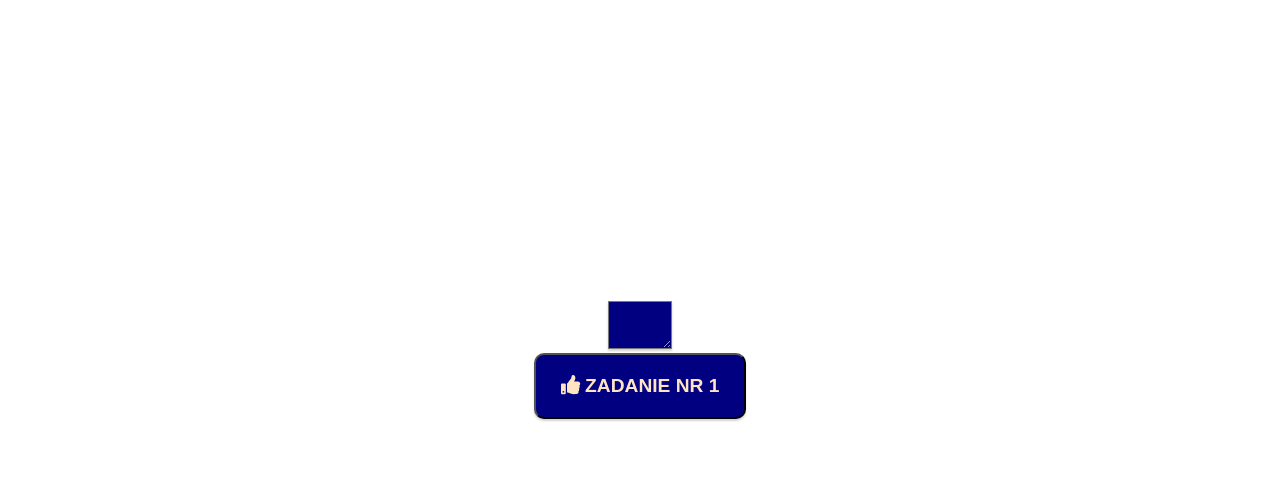
Repository: KrzysKolo/sr_tydzien3_zad_1_2_3
Page: /
The author's editor kept a copy of each file at every save. The page is drawn from the files as they stood at one save, then again after the next save.
The browser window is 1280 px wide. The pictures show the whole page.
The project was rebuilt for these pictures with package versions that can differ from the ones it lists, and the page was loaded fresh each time.

Above is the page before, as saved 2020-11-02 16:34:29.

### src/App.js
import React,  { Component } from 'react';
import Button from './components/Form/Button';
import Textarea from './components/Form/Textarea';
import { faThumbsUp } from "@fortawesome/free-solid-svg-icons";
import './App.css';

class App extends Component {
  state = {  }

  render() {

    return (
      <div className="app">
        <Textarea bgColor="navy" color="bisque" value="Zadanie nr 1" />
        <Button  bgColor="navy" color="bisque" label="Zadanie nr 1" icon={faThumbsUp}/>
      </div>
     );
  }
}

export default App;

### src/components/Form/Button.js
import React from 'react';
import styled from 'styled-components';
import { FontAwesomeIcon } from '@fortawesome/react-fontawesome';
import { faAngellist } from '@fortawesome/free-brands-svg-icons';

const Button = ({label, color, bgColor, icon}) => {
    const Button = styled.button`
    background-color: ${[bgColor]};
    border-radius: 10px;
    box-shadow: 0px 2px 2px lightgray;
    color: ${[color]};
    cursor: pointer;
    font-weight: bold;
    font-size: 1.2rem;
    outline: 0;
    padding: 20px 25px;
    text-transform: uppercase;
    transition: ease background-color, color 0.6s;
    &:hover {
        background-color: ${[color]};
        color: ${[bgColor]};
    }
    `;
    return (

        <div>
            <Button >
                <FontAwesomeIcon icon={icon} /> {label}
            </Button>
        </div>
     );
}
Button.defaultProps = {
    bgColor: "#1B1464",
    color: "#FFC312",
    label: "Click me",
    icon: faAngellist,
}

export default Button;

### src/components/Form/Textarea.js
import React from 'react';
import styled from 'styled-components';


const Textarea = ({value, color, bgColor, borderSize, borderRadius, borderColor}) => {
    const Textarea = styled.textarea`
    background-color: ${[bgColor]};
    border-color: ${[borderColor]};
    border-radius: ${[borderRadius]};
    border-size: ${[borderSize]};
    box-shadow: 0px 2px 2px lightgray;
    color: ${[color]};
    cursor: pointer;
    font-weight: bold;
    font-size: 1.2rem;
    height: 3rem;
    outline: 0;
    padding: 20px 25px;
    text-transform: uppercase;
    transition: ease background-color, color 0.6s;
    width: 4rem;
    &:hover {
        background-color: ${[color]};
        color: ${[bgColor]};
    }
    `;
    return (

        <div>
            <Textarea />
        </div>
     );
}
Textarea.defaultProps = {
    bgColor: "#1B1464",
    borderColor: "#7a7a7a",
    borderRadius: 5,
    borderSize: 2,
    color: "#FFC312",
    value: "write...",
    }

export default Textarea;

### src/App.css
* {
  padding: 0;
  margin: 0;
  box-sizing: border-box;
}
.app {
  display: flex;
  flex-direction: column;
  justify-content: center;
  align-items: center;
  height: 100vh;
}

Loaded but not shown: public/index.html (common file); src/index.js (common file); src/index.css (common file)

After the next save:
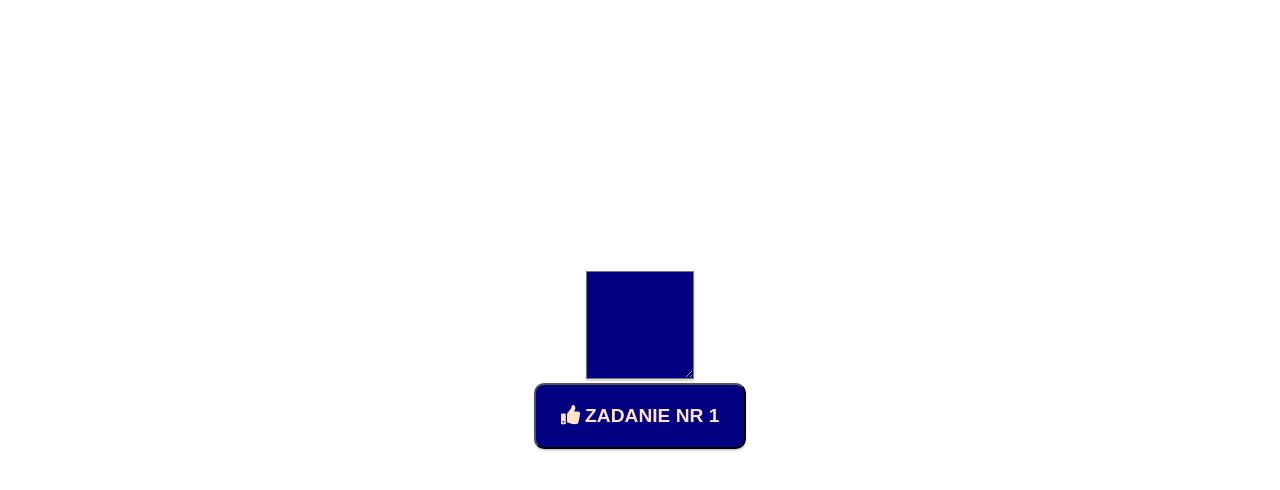
Saved 44 s later.
--- a/src/components/Form/Textarea.js
+++ b/src/components/Form/Textarea.js
@@ -13,12 +13,12 @@ const Textarea = ({value, color, bgColor, borderSize, borderRadius, borderColor}
     cursor: pointer;
     font-weight: bold;
     font-size: 1.2rem;
-    height: 3rem;
+    height: 15vh;
     outline: 0;
     padding: 20px 25px;
     text-transform: uppercase;
     transition: ease background-color, color 0.6s;
-    width: 4rem;
+    width: 15vh;
     &:hover {
         background-color: ${[color]};
         color: ${[bgColor]};
